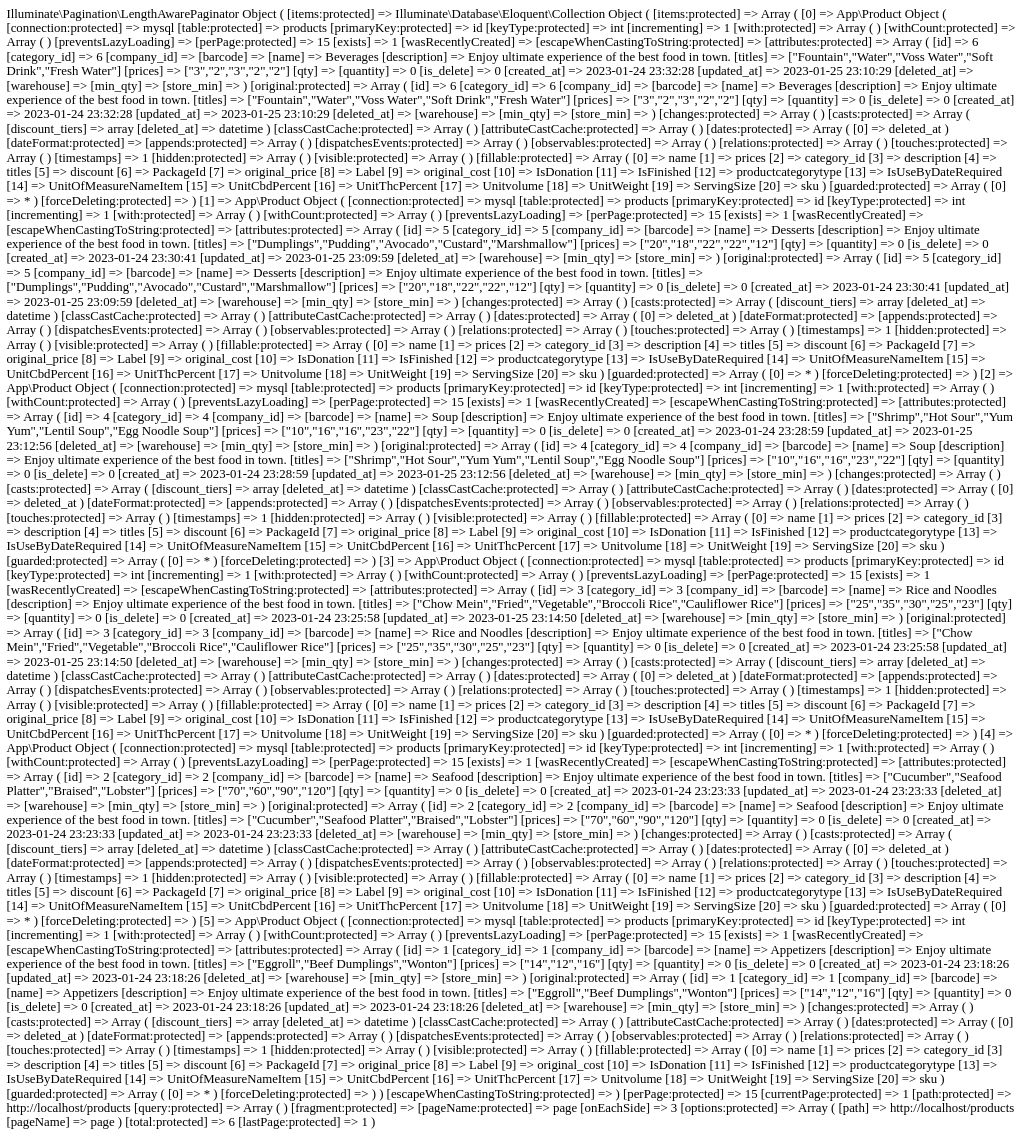
Repository: ShibuyaCho/cannabest
Page: http://localhost/products
The author's editor kept a copy of each file at every save. The page is drawn from the files as they stood at one save, then again after the next save.
The browser window is 1280 px wide. The pictures show the whole page, at 80% of full size.
Some icons come from a web library that is not loaded, so they are not drawn. An inner scrolling area shows only its first screen. Some web libraries are served in a nearby version. The page is served by the project's Laravel application, run on PHP 8.4 with Laravel 9. The first stored user is signed in. Other server files are loaded and not shown. The database holds what the project's SQL file puts in it.

Above is the page before, as saved 2024-10-16 11:59:42.

### app/Helpers/DiscountHelper.php
<?php

if (! function_exists('getDiscountedPrice')) {
    /**
     * Returns the discounted price for a product based on quantity.
     *
     * It checks all discount tiers (stored globally) and returns the price
     * from the pricing option with the highest min_quantity threshold that the quantity meets.
     *
     * @param float $basePrice
     * @param float $quantity
     * @return float
     */
    function getDiscountedPrice($basePrice, $quantity)
    {
        // Retrieve the discount tiers setting
        $discountSetting = \App\Setting::where('key', 'discount_tiers')->first();
        if (!$discountSetting) {
            return $basePrice;
        }

        $tiers = json_decode($discountSetting->value, true);
        if (!is_array($tiers)) {
            return $basePrice;
        }

        // We'll loop through all pricing options in all tiers and find the one with the highest min_quantity that qualifies.
        $bestOption = null;
        $highestThreshold = 0;

        foreach ($tiers as $tier) {
            if (isset($tier['pricing']) && is_array($tier['pricing'])) {
                foreach ($tier['pricing'] as $option) {
                    // Convert the min_quantity to a float.
                    $minQty = floatval($option['min_quantity'] ?? 0);
                    // Check if the purchased quantity meets the threshold and if it's higher than our current best threshold.
                    if ($quantity >= $minQty && $minQty > $highestThreshold) {
                        $highestThreshold = $minQty;
                        $bestOption = $option;
                    }
                }
            }
        }

        // If we found an option that qualifies, return its price; otherwise, return the base price.
        if ($bestOption !== null) {
            return floatval($bestOption['price']);
        }

        return $basePrice;
    }
}

### app/Helpers.php
<?php

if (!function_exists('parseEmojis')) {
    /**
     * Replace the shortcode ":gls:" with an emoji image,
     * but ignore text that is already part of an HTML tag.
     *
     * @param string $text
     * @return string
     */
    function parseEmojis($text)
    {
        // Split text by HTML tags. Tags will be in separate elements.
        $parts = preg_split('/(<[^>]+>)/', $text, -1, PREG_SPLIT_DELIM_CAPTURE);

        // Process only parts that are not HTML tags.
        foreach ($parts as &$part) {
            if (!preg_match('/^<[^>]+>$/', $part)) {
                // Replace :gls: only in non-tag text.
                $part = str_replace(
                    ':gls:',
                    '<img src="' . asset('assets/img/weed-leaf.png') . '" alt="weed" class="weed-emoji" style="width:16px;height:16px;vertical-align:top;">',
                    $part
                );
            }
        }
        return implode('', $parts);
    }
}

### app/Providers/AppServiceProvider.php
<?php

namespace App\Providers;

use Illuminate\Support\ServiceProvider;
use Intervention\Image\Facades\Image;
use Illuminate\Support\Facades\View; // Use the facade
use illuminate\Support\Facades\Auth;
use App\Inventory;

class AppServiceProvider extends ServiceProvider
{
    protected $policies = [
        // ...
        Brand::class => BrandPolicy::class,
    ];

 public function register()
{
    // …

    $this->app->bind('path.public', function() {
        return base_path('public');
        // or return '/home/sys1/Documents/pos2/public';
    });
}

  public function boot()
{
    View::composer('*', function($view) {
        $orgId = Auth::check() ? Auth::user()->organization_id : null;

        // If no org (guest), don't query to avoid leaking other orgs' rows
        $lowInventoryItems = collect();

        if ($orgId) {
            $lowInventoryItems = Inventory::query()
                ->where('organization_id', $orgId) // ✅ make it org-specific
                ->whereColumn('storeQty', '<=', 'min_qty')
                ->get();
        }

        $view->with('lowInventoryItems', $lowInventoryItems);
    });

    if (config('app.env') === 'production') {
        \URL::forceScheme('https');
    }
}
}

### app/Http/Controllers/ProductController.php
<?php

namespace App\Http\Controllers;

use App\Http\Requests;
use App\Product;
use App\Category;
use Illuminate\Http\Request;
use Auth;
use Intervention\Image\ImageManagerStatic as Image;

class ProductController extends Controller
{
    /**
     * Display a listing of the resource.
     *
     * @return \Illuminate\Http\Response
     */
    public function index(Request $request)
    {
        $keyword = $request->get('q', '');

        $products = Product::searchByKeyword($keyword)->orderBy("id" , "DESC")->paginate(15);
            print_r( $products);
        exit();
        $products = !empty($keyword) ? $products->appends(['q' => $keyword]) : $products;

        $data = [
            'products' => $products,
            'keyword'  => $keyword,
        ];

        return view('backend.products.index', $data);
    }

    /**
     * Show the form for creating a new resource.
     *
     * @return \Illuminate\Http\Response
     */
    public function create()
    {
        $categories = Category::get();
        return view('backend.products.create', ['categories' => $categories]);
    }

    /**
     * Store a newly created resource in storage.
     *
     * @param App\Http\Requests $request
     *
     * @return \Illuminate\Http\Response
     */
    public function store(Request $request)
    {
        $form = $request->all();
        $price = $request->input("price");
        $titles = $request->input("title");
        unset($form['price']);
        unset($form['title']);
        unset($form['price_counter']);
        $form['prices'] = json_encode($price);
        $form['titles'] = json_encode($titles);


        print_r($form);
        exit();
        $product = Product::create($form);
        $name = $product->id;
        if (file_exists("uploads/products/temp.jpg")) {
            rename("uploads/products/temp.jpg", "uploads/products/$name.jpg");
            rename("uploads/products/thumb/temp.jpg", "uploads/products/thumb/$name.jpg");
        }


        return redirect('products')
            ->with('message-success', 'Product created!');
    }

    /**
     * Display the specified resource.
     *
     * @param int $id
     *
     * @return \Illuminate\Http\Response
     */
    public function show($id)
    {
        $product = Product::findOrFail($id);
        $categories = Category::get();
        return view('backend.products.show', compact('product', 'categories'));
    }

    /**
     * Show the form for editing the specified resource.
     *
     * @param int $id
     *
     * @return \Illuminate\Http\Response
     */
    public function edit($id)
    {
        $product = Product::findOrFail($id);
        $categories = Category::get();
        return view('backend.products.edit', compact('product', 'categories'));
    }

    /**
     * Update the specified resource in storage.
     *
     * @param App\Http\Requests $request
     * @param int               $id
     *
     * @return \Illuminate\Http\Response
     */
    public function update(Requests\UpdateProduct $request, $id)
    {
        $form = $request->all();
        $price = $request->input("price");
        $titles = $request->input("title");
        unset($form['price']);
        unset($form['title']);
        unset($form['price_counter']);
        $form['prices'] = json_encode($price);
        $form['titles'] = json_encode($titles);

        $product = Product::findOrFail($id);
        $product->update($form);
        $name = $product->id;


        return redirect('products')
            ->with('message-success', 'Product updated!');
    }

    /**
     * Remove the specified resource from storage.
     *
     * @param int $id
     *
     * @return \Illuminate\Http\Response
     */
    public function destroy($id)
    {
        $product = Product::findOrFail($id);
        $product->delete();

        return redirect('products')
            ->with('message-success', 'Product deleted!');
    }

    public function uploadPhoto(Request $request)
    {
        $file = $request->file('croppedImage');

        if ($request->hasFile('croppedImage')) {

            $file_name = "temp.jpg";
            $extension = $file->getClientOriginalExtension();
            $path = $file->storeAs("uploads/products/", $file_name);
            $img = Image::make($file->getRealPath());
            if($img->exif('Orientation')) {
                $img = orientate($img, $img->exif('Orientation'));
            }

            $path2 = public_path("storage/products/$file_name");
            $img->fit(250)->save($path2);

            echo url("storage/products/" . $file_name);
        }
    }

    ////// User upload photo and resize to 145x145 to Thumb
    public function updatePhotoCrop(Request $request)
    {
        $cropped_value = $request->input("cropped_value");
        $image_edit = $request->input("image_edit");
        $cp_v = explode(",", $cropped_value);

        $file = $request->file('file');
        $file_name = $image_edit . ".jpg";
        if(empty($image_edit)) {
            $file_name = "temp.jpg";
        }

        if ($request->hasFile('file')) {

            $extension = $file->getClientOriginalExtension();
            $store_path = public_path("uploads/products");
            $path = $file->move($store_path, $file_name);
            $img = Image::make($store_path . "/$file_name");
            if($img->exif('Orientation')) {
                $img = orientate($img, $img->exif('Orientation'));
            }

            $path2 = public_path("uploads/products/thumb/$file_name");
            $img->rotate($cp_v[4] * -1);
            $img->crop($cp_v[0], $cp_v[1], $cp_v[2], $cp_v[3]);
            $img->fit(250)->save($path2);

            echo url("uploads/products/thumb/$file_name"); exit;
        }

        if($image_edit != "") {
            $path = public_path("uploads/products/$file_name");
            $img = Image::make($path);
            $path2 = public_path("uploads/products/thumb/$file_name");
            $img->rotate($cp_v[4] * -1);
            $img->crop($cp_v[0], $cp_v[1], $cp_v[2], $cp_v[3]);
            $img->fit(250)->save($path2);
            echo url("uploads/products/thumb/$file_name"); exit;
        }

    }


	 public function addToArchive(Request $request) {
        $id = $request->input("product_id");
        $product = Product::find($id);
        if ($product->is_delete == 1) {
            $value = 0;
        }

        if ($product->is_delete == 0) {
            $value = 1;
        }
        Product::where("id", $id)->update(array('is_delete' => $value));
    }


}

### app/Product.php
<?php

namespace App;

use Illuminate\Database\Eloquent\Model;
use Illuminate\Database\Eloquent\SoftDeletes;
use Carbon\Carbon;
use App\Models\wholesaleProduct;
use App\Models\Category;


class Product extends Model
{
     use SoftDeletes;

    /**
     * The attributes that should be mutated to dates.
     *
     * @var array
     */
    protected $dates = [
        'deleted_at'
    ];

    /**
     * rules validasi untuk data products.
     *
     * @var array
     */
    public static $rules = [
        'name'  => 'required|unique:products'
    ];

    /**
     * setup variable mass assignment.
     *
     * @var array
     */
    protected $fillable = [
        'name',
        'prices',
        'category_id',
        'description',
        'titles',
        'discount',
        'PackageId',
        'original_price',
        'Label',
        'original_cost',
        'IsDonation',
        'IsFinished',
        'productcategorytype',
        'IsUseByDateRequired',
        'UnitOfMeasureNameItem',
        'UnitCbdPercent',
        'UnitThcPercent',
        'Unitvolume',
        'UnitWeight',
        'ServingSize',
        'sku',
    ];
    protected $casts = [
        'discount_tiers' => 'array',
        // ... other casts
    ];

    public function scopeSearchByKeyword($query, $keyword)
    {
        if ($keyword != '') {
            $query->where(
                function ($query) use ($keyword) {
                    $query->where('name', 'LIKE', '%'.$keyword.'%')
                        ->orWhere('barcode', 'LIKE', '%'.$keyword.'%');
                }
            );
        }

        return $query;
    }
    public function category()
{
    return $this->belongsTo(Category::class);
}

public function wholesaleProduct()
{
    return $this->belongsTo(WholesaleInventory::class, 'wholesale_product_id');
}

public function getAspdAttribute()
{
    $startOfMonth = Carbon::now()->startOfMonth();
    $endOfMonth   = Carbon::now()->endOfMonth();
    $totalSold    = $this->orderItems()
                        ->whereBetween('created_at', [$startOfMonth, $endOfMonth])
                        ->sum('quantity');
    $daysInMonth  = Carbon::now()->daysInMonth;
    return $daysInMonth > 0 ? round($totalSold / $daysInMonth, 2) : 0;
}
public function wholesaleInventory()
{
    return $this->belongsTo(WholesaleInventory::class, 'wholesale_product_id');
}
}

### DB/DB.sql (the tables this page reads)
CREATE TABLE `products` (
  `id` int(10) UNSIGNED NOT NULL,
  `category_id` int(11) DEFAULT NULL,
  `company_id` int(11) DEFAULT NULL,
  `barcode` varchar(255) DEFAULT NULL,
  `name` varchar(255) NOT NULL,
  `description` text DEFAULT NULL,
  `titles` varchar(255) DEFAULT NULL,
  `prices` varchar(255) NOT NULL,
  `qty` varchar(255) DEFAULT NULL,
  `quantity` int(11) NOT NULL DEFAULT 0,
  `is_delete` int(1) NOT NULL DEFAULT 0,
  `created_at` timestamp NULL DEFAULT NULL,
  `updated_at` timestamp NULL DEFAULT NULL,
  `deleted_at` timestamp NULL DEFAULT NULL,
  `warehouse` int(11) DEFAULT NULL,
  `min_qty` int(11) DEFAULT NULL,
  `store_min` int(11) DEFAULT NULL
) ENGINE=InnoDB DEFAULT CHARSET=utf8 COLLATE=utf8_unicode_ci;

INSERT INTO `products` (`id`, `category_id`, `company_id`, `barcode`, `name`, `description`, `titles`, `prices`, `qty`, `quantity`, `is_delete`, `created_at`, `updated_at`, `deleted_at`, `warehouse`, `min_qty`, `store_min`) VALUES
(1, 1, NULL, NULL, 'Appetizers', 'Enjoy ultimate experience of the best food in town.', '[\"Eggroll\",\"Beef Dumplings\",\"Wonton\"]', '[\"14\",\"12\",\"16\"]', NULL, 0, 0, '2023-01-24 23:18:26', '2023-01-24 23:18:26', NULL, NULL, NULL, NULL),
(2, 2, NULL, NULL, 'Seafood', 'Enjoy ultimate experience of the best food in town.', '[\"Cucumber\",\"Seafood Platter\",\"Braised\",\"Lobster\"]', '[\"70\",\"60\",\"90\",\"120\"]', NULL, 0, 0, '2023-01-24 23:23:33', '2023-01-24 23:23:33', NULL, NULL, NULL, NULL),
(3, 3, NULL, NULL, 'Rice and Noodles', 'Enjoy ultimate experience of the best food in town.', '[\"Chow Mein\",\"Fried\",\"Vegetable\",\"Broccoli Rice\",\"Cauliflower Rice\"]', '[\"25\",\"35\",\"30\",\"25\",\"23\"]', NULL, 0, 0, '2023-01-24 23:25:58', '2023-01-25 23:14:50', NULL, NULL, NULL, NULL),
(4, 4, NULL, NULL, 'Soup', 'Enjoy ultimate experience of the best food in town.', '[\"Shrimp\",\"Hot Sour\",\"Yum Yum\",\"Lentil Soup\",\"Egg Noodle Soup\"]', '[\"10\",\"16\",\"16\",\"23\",\"22\"]', NULL, 0, 0, '2023-01-24 23:28:59', '2023-01-25 23:12:56', NULL, NULL, NULL, NULL),
(5, 5, NULL, NULL, 'Desserts', 'Enjoy ultimate experience of the best food in town.', '[\"Dumplings\",\"Pudding\",\"Avocado\",\"Custard\",\"Marshmallow\"]', '[\"20\",\"18\",\"22\",\"22\",\"12\"]', NULL, 0, 0, '2023-01-24 23:30:41', '2023-01-25 23:09:59', NULL, NULL, NULL, NULL),
(6, 6, NULL, NULL, 'Beverages', 'Enjoy ultimate experience of the best food in town.', '[\"Fountain\",\"Water\",\"Voss Water\",\"Soft Drink\",\"Fresh Water\"]', '[\"3\",\"2\",\"3\",\"2\",\"2\"]', NULL, 0, 0, '2023-01-24 23:32:28', '2023-01-25 23:10:29', NULL, NULL, NULL, NULL);

ALTER TABLE `products`
  ADD PRIMARY KEY (`id`);

ALTER TABLE `products`
  MODIFY `id` int(10) UNSIGNED NOT NULL AUTO_INCREMENT, AUTO_INCREMENT=7;

CREATE TABLE `users` (
  `id` int(10) UNSIGNED NOT NULL,
  `company_id` int(11) DEFAULT NULL,
  `name` varchar(255) NOT NULL,
  `email` varchar(255) NOT NULL,
  `facebook_id` varchar(55) DEFAULT NULL,
  `password` varchar(255) CHARACTER SET utf8 COLLATE utf8_general_ci NOT NULL,
  `phone` varchar(20) DEFAULT NULL,
  `address` varchar(255) DEFAULT NULL,
  `city` varchar(100) DEFAULT NULL,
  `state` varchar(100) DEFAULT NULL,
  `zip` varchar(10) DEFAULT NULL,
  `role_id` int(11) NOT NULL DEFAULT 0,
  `remember_token` varchar(100) DEFAULT NULL,
  `created_at` timestamp NULL DEFAULT NULL,
  `updated_at` timestamp NULL DEFAULT NULL
) ENGINE=InnoDB DEFAULT CHARSET=utf8 COLLATE=utf8_unicode_ci;

INSERT INTO `users` (`id`, `company_id`, `name`, `email`, `facebook_id`, `password`, `phone`, `address`, `city`, `state`, `zip`, `role_id`, `remember_token`, `created_at`, `updated_at`) VALUES
(1, 0, 'Super Admin', 'admin@example.com', NULL, '$2y$10$NDJ8GvTAdoJ/uG0AQ2Y.9ucXwjy75NVf.VgFnSZDSakRRvrEyAlMq', NULL, NULL, NULL, NULL, NULL, 1, 'rDWTyMV7OybRAqR2W5jCSb3a6O78yOfWbzLz1dspV6qlNoiv3IcXi9QBSxwp', NULL, NULL),
(5, 1, 'Admin', 'admin@admin.com', NULL, '$2y$10$NDJ8GvTAdoJ/uG0AQ2Y.9ucXwjy75NVf.VgFnSZDSakRRvrEyAlMq', NULL, NULL, NULL, NULL, NULL, 2, 'GXMRWhuf3sqeoVNTPnyEnLEhBsyP3tURLefbUIcwBRvlTDRTBMZdxuUbUl4T', NULL, NULL),
(6, 1, 'Sale Manger', 'sales@manager.com', NULL, '$2y$10$NDJ8GvTAdoJ/uG0AQ2Y.9ucXwjy75NVf.VgFnSZDSakRRvrEyAlMq', NULL, NULL, NULL, NULL, NULL, 2, 'qpPtzImTYQNY8ysYEjUztZn01zjsW4Qda73C68FO7QZ3qhDPDtwb9MdD9Jvw', NULL, NULL),
(25, 2, 'Brnach 2 Manager', 'branch2@admin.com', NULL, '$2y$10$NDJ8GvTAdoJ/uG0AQ2Y.9ucXwjy75NVf.VgFnSZDSakRRvrEyAlMq', NULL, NULL, NULL, NULL, NULL, 3, 'AruJiY7PZpVAhORzCYnA9paAsVJzaPqvycgUN2mdy4GBlwQPUymXdi1S73Zn', '2021-02-05 05:33:08', '2021-08-19 13:09:24'),
(26, NULL, 'Waitress 1', 'waitress@staff.com', NULL, '$2y$10$6CwU.Mz9EPVk2ZLLezog5O8xUCNY0VBCDgAsC1u98pRXPLOW0iMY6', NULL, NULL, NULL, NULL, NULL, 3, NULL, '2021-08-20 12:08:00', '2021-08-20 12:08:00');

ALTER TABLE `users`
  ADD PRIMARY KEY (`id`),
  ADD UNIQUE KEY `users_email_unique` (`email`);

ALTER TABLE `users`
  MODIFY `id` int(10) UNSIGNED NOT NULL AUTO_INCREMENT, AUTO_INCREMENT=27;

### resources/lang/en/common.php
<?php

return array (
  'home' => 'Home',
  'sales' => 'Sales',
  'title' => 'Title',
  'update' => 'Update',
  'options' => 'Options',
  'add' => 'Add',
  'add_new' => 'Add New',
  'edit' => 'Edit',
  'save' => 'Save',
  'address' => 'Address',
  'search' => 'Search',
  'cancel' => 'Cancel',
  'name' => 'Name',
  'email' => 'Email',
  'phone' => 'Phone',
  'amount' => 'Amount',
  'status' => 'Status',
  'date' => 'Date',
  'show' => 'Show',
  'product_name' => 'Product Name',
  'price'=> 'Price',
  'category' => 'Category',
  'submit_sales'=>'Submit Sales',
  'categories' => 'Categories',
  'product' => 'Product',
  'products' => 'Products',
  'expense' => 'Expense',
  'total_expense' => 'Total Expense',
  'expenses' => 'Expenses',
  'user' => 'User',
  'all' => 'All',
  'users' => 'Users',
  'role' => 'Role',
  'roles' => 'Roles',
  'description' => 'Description',
  'delete' => 'Delete',
  'password' => 'Password',
  'confirm_password' => 'Confirm Password',
  'no_record_found' => 'No Record Found',
  'user_profile' => 'User Profile',
  'reset_password' => 'Reset Password',
  'old_password' => 'Old Password',
  'new_password' => 'New Password',
  'confirm_new_password' => 'Confirm New Password',
);

### resources/views/backend/partials/header.blade.php
<!DOCTYPE html>
<html>

<head>

    <meta charset="utf-8">
    <meta name="viewport" content="width=device-width, initial-scale=1.0">

    <title>{{setting_by_key('title')}} | @lang('menu.dashboard') </title>

    <link href="{{url('assets/css/bootstrap.min.css')}}" rel="stylesheet">
    <link href="{{url('assets/font-awesome/css/font-awesome.css')}}" rel="stylesheet">
    <link href="{{url('assets/css/animate.css')}}" rel="stylesheet">
    <link href="{{url('assets/css/style.css')}}" rel="stylesheet">
    <link href="{{url('assets/css/custom.css')}}" rel="stylesheet">
	<meta name="csrf-token" content="{{ csrf_token() }}">
	<script>
        window.Laravel = <?php echo json_encode(
            [
            'csrfToken'  => csrf_token(),
            'siteUrlApi' => url('api'),
            'tokenApi'
            ]
        ); ?>
    </script>
    <script src="{{url('assets/jquery-1.11.1.min.js')}}"></script>
    <style>
        .header {
            display: flex;
            justify-content: space-between;
            align-items: center;
            padding: 10px 20px;
            background-color: #f8f8f8;
        }
        .logo {
            cursor: pointer;
        }
        .nav-menu {
            display: none;
            position: absolute;
            top: 60px;
            right: 20px;
            background-color: white;
            border: 1px solid #ddd;
            border-radius: 4px;
            box-shadow: 0 2px 10px rgba(0,0,0,0.1);
        }
        .nav-menu.show {
            display: block;
        }
        .nav-menu ul {
            list-style-type: none;
            padding: 0;
        }
        .nav-menu ul li {
            padding: 10px 20px;
        }
        .nav-menu ul li:hover {
            background-color: #f1f1f1;
        }
    </style>

</head>

### app/Setting.php
<?php

namespace App;

use Illuminate\Database\Eloquent\Model;

class Setting extends Model
{
    /**
     * setup variable mass assignment.
     *
     * @var array
     */
    protected $fillable = [
        'key',
        'label',
        'value',
    ];
    protected $casts = [
        'value' => 'array',
        'discount_tiers' => 'array',
    ];
}

### resources/lang/en/menu.php
<?php

return [
	"profile" => "Profile",
	"logout" => "Logout",
	"dashboard" => "Dashboard",
	"point_of_sale" => "Point of Sale",
	"expenses" => "Expenses",
	"online_orders" => "Online Orders",
	"sales" => "Sales",
	"pos_sales" => "POS Sales",
	"order_sales" => "Order Sales",
	"products" => "Products",
	"categories" => "Categories",
	"reporting" => "Reporting",
	"sales_report" => "Sales Report",
	"product_by_sales" => "Product Sales",
	"graphs" => "Graphs",
	"expense_report" => "Expenses",
	"staff_logs" => "Staff Logs",
	"sales_manager_sold" => "Sales Manager Sold",
	"settings" => "Settings",
	"users" => "Users",
	"roles" => "Roles",
	"frontend_website" => "Frontend Website",
	"homepage_setting" => "Homepage Setting",
	"sliders" => "Sliders",
	"pages" => "Pages",
	"menu_management" => "Menu Management",
	"profile" => "Profile",
	"logout" => "Logout",
	"search_for_something" => "Search for something...",
];

### resources/views/errors/404.blade.php
<h1>Uppss, not found</h1>

### public/assets/css/custom.css
.heading-size_image {

	margin: 6px 0 !important;

	font-size: 14px;

	/* margin-bottom: 10px !important; */
text-align:center !important;
	height: 45px !important;

}

.heading-size {

	margin: -4px 0 28px 0 !important;

	font-size: 23px;

	font-weight: bold;    /* margin-bottom: 10px !important; */

	height: 45px !important;

}

.tag-margin {

	margin-right: 2px !important;

}

.tag-btn {

	padding: 5px 10px !important;

}

.white-bg {

	padding: 5px 0px 5px 0px !important;

}

.all {

	margin: 0px !important;

	padding: 5px !important;

}

#portfolio {

	height: 500px;

	overflow-y: auto;

	margin: 0 -5px;

}

.cart-table-wrap {

	height: 220px;

	overflow-x: hidden;

}

#CartHTML td {

	vertical-align: top;

}



.confirm-modal .modal-header {

	padding: 15px;

}

.confirm-modal .modal-body {

	background-color: transparent;

}

.payment-option-icon {



}



@media screen and (max-width:992px) {



	.btn.IncreaseToCart, .btn.DecreaseToCart {

		display: block;

	}



}

Loaded but not shown: app/Http/Controllers/Auth/ConfirmPasswordController.php (common file); app/Http/Controllers/Controller.php (common file); public/assets/css/bootstrap.min.css (library); public/assets/css/animate.css (library); public/assets/css/style.css (library); public/assets/jquery-1.11.1.min.js (library); public/assets/js/bootstrap.min.js (library); public/assets/js/plugins/slimscroll/jquery.slimscroll.min.js (library); public/assets/js/plugins/peity/jquery.peity.min.js (library); public/assets/js/inspinia.js (299 lines, source omitted); public/assets/js/demo/peity-demo.js (33 lines, source omitted); resources/views/backend/partials/topbar.blade.php (310 lines, source omitted); routes/web.php (296 lines, source omitted); app/Helpers/custom.php (211 lines, source omitted); resources/views/layouts/app.blade.php (132 lines, source omitted); resources/views/backend/products/index.blade.php (99 lines, source omitted); app/Models/User.php (122 lines, source omitted)

After the next save:
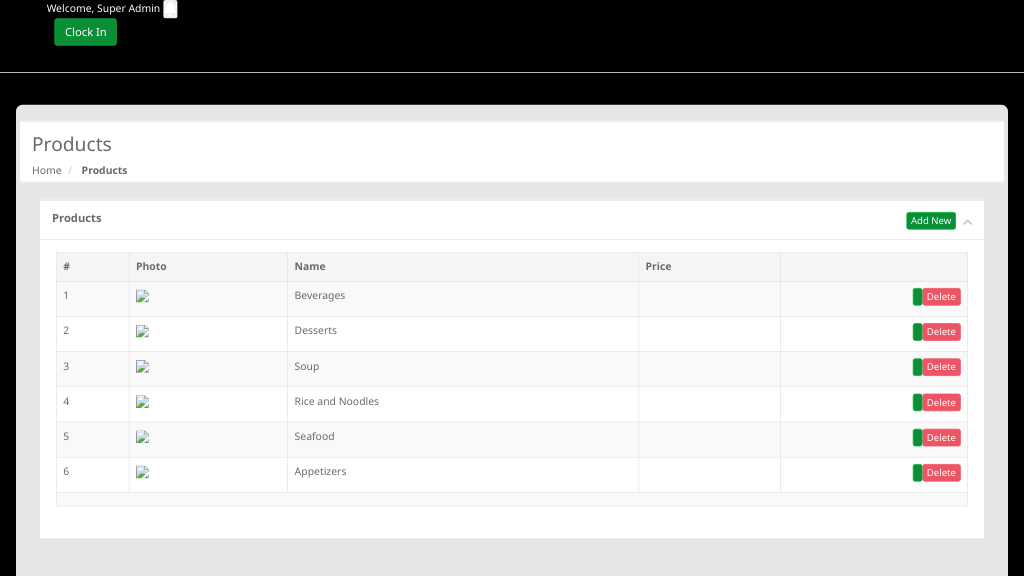
Console error: TypeError: $(...).metisMenu is not a function
Saved 15 s later.
--- a/app/Http/Controllers/ProductController.php
+++ b/app/Http/Controllers/ProductController.php
@@ -21,8 +21,7 @@ class ProductController extends Controller
         $keyword = $request->get('q', '');
 
         $products = Product::searchByKeyword($keyword)->orderBy("id" , "DESC")->paginate(15);
-            print_r( $products);
-        exit();
+
         $products = !empty($keyword) ? $products->appends(['q' => $keyword]) : $products;
 
         $data = [
